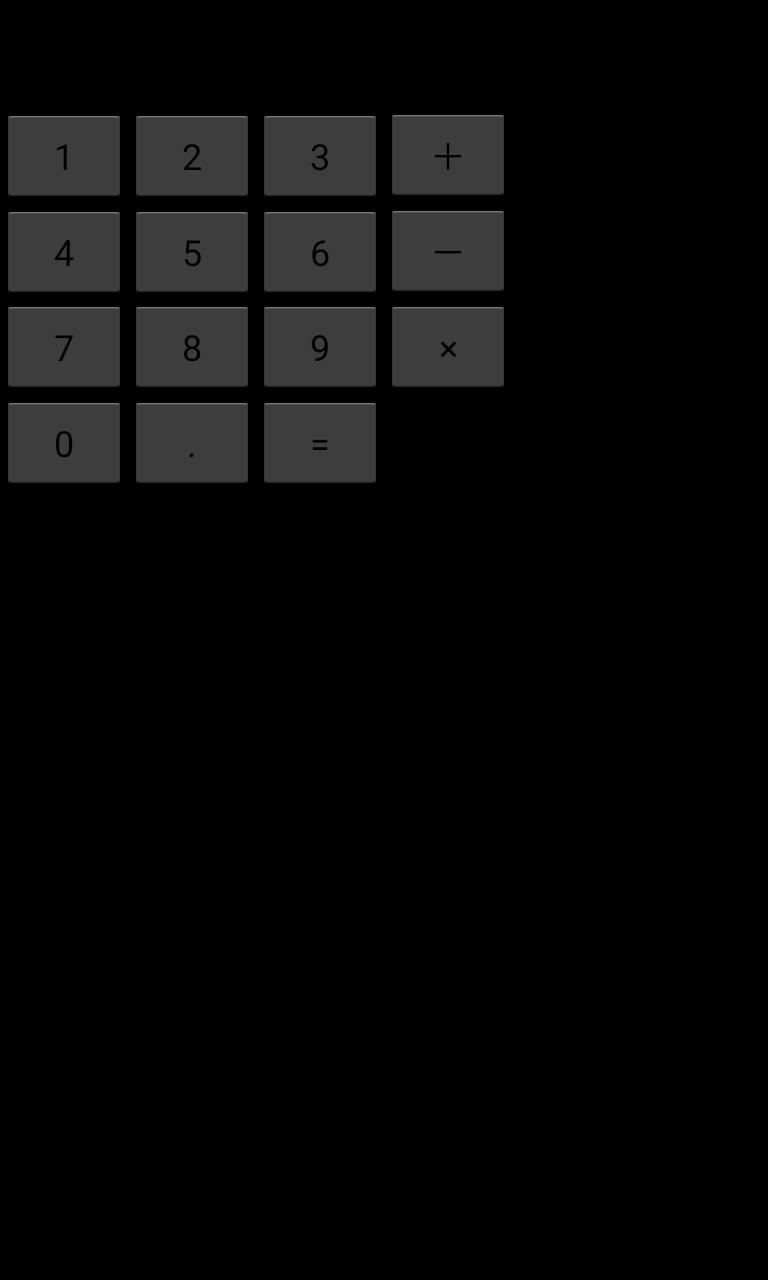
Repository: moetmd/learning-Android
Layout: Calculator/res/layout/activity_main.xml
The author's editor kept a copy of each file at every save. The layout is drawn from the files as they stood at one save, then again after the next save.
It is drawn on a 768 x 1280 px phone screen (xhdpi) without system bars, with theme AppTheme; the app's code is not run.

Above is the layout before, as saved 2014-11-19 12:57:08.

After the next save:
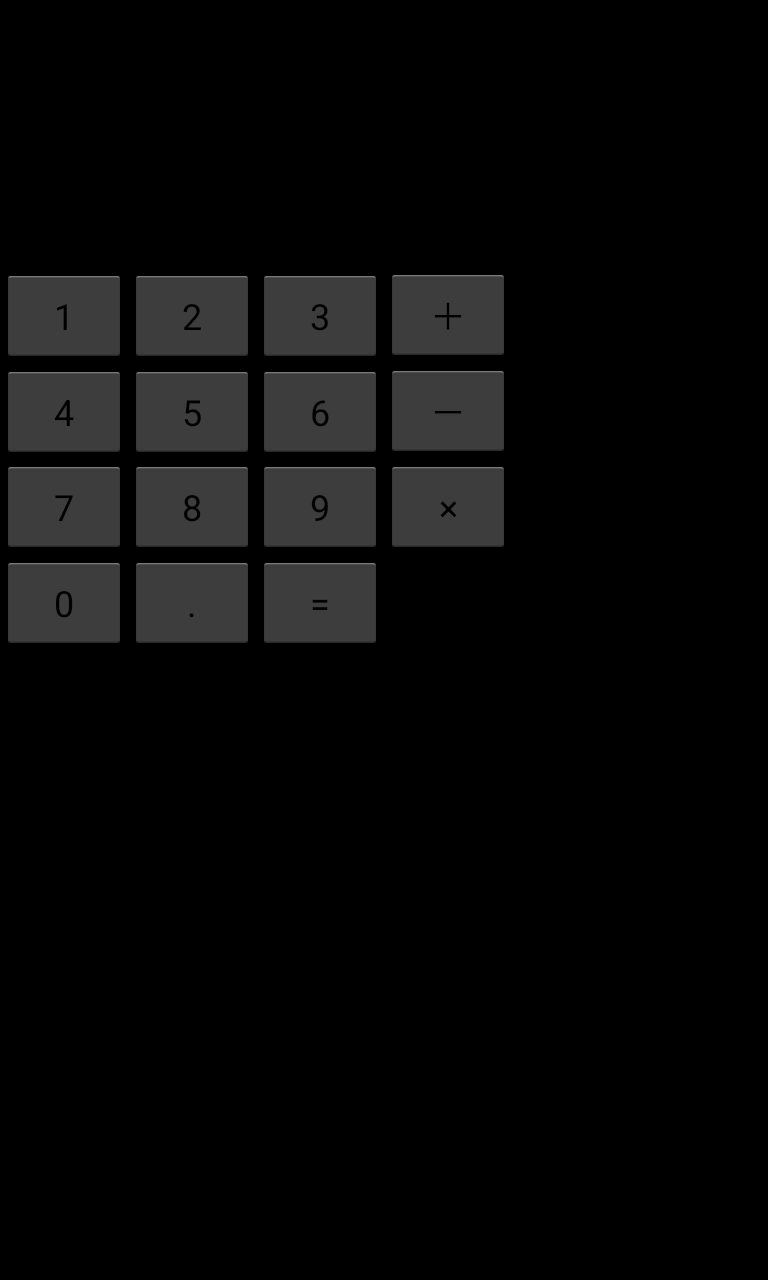
Saved 6 s later.
--- a/Calculator/res/layout/activity_main.xml
+++ b/Calculator/res/layout/activity_main.xml
@@ -19,7 +19,7 @@
             android:id="@+id/textView1"
             android:layout_width="match_parent"
             android:layout_height="wrap_content"
-            android:textSize="40sp"
+            android:textSize="100sp"
             android:text="0"
             android:textAppearance="?android:attr/textAppearanceLarge" />
 
